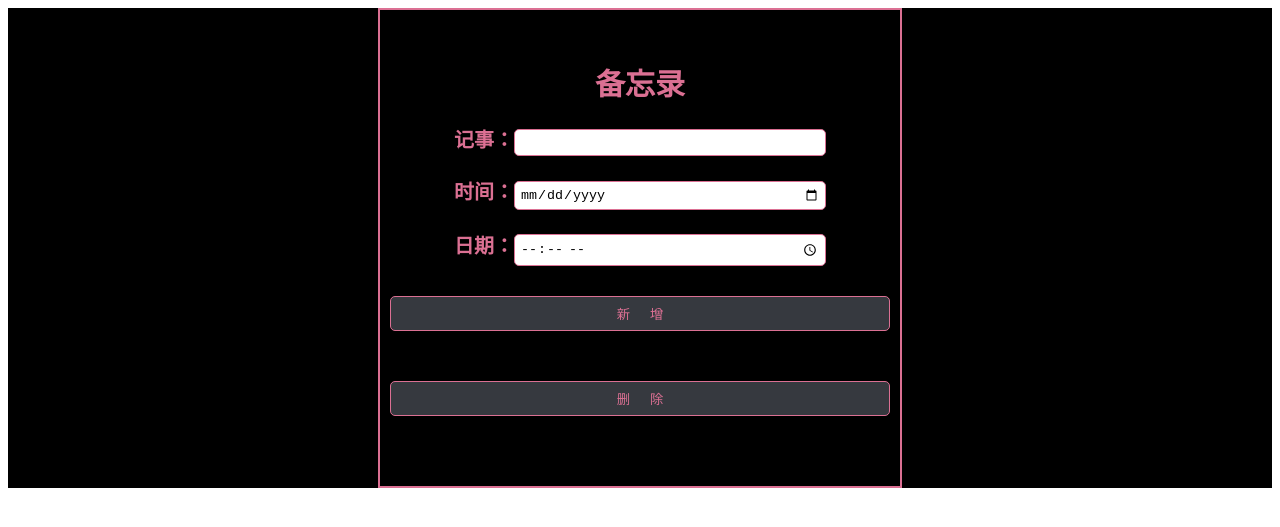
Repository: ErosHai/ReactDemo
Page: /
An editor plug-in stored every save of this project. The page is shown before and after the next save, followed by the edit.
The browser window is 1280 px wide. The pictures show the whole page.
The project was rebuilt for these pictures with package versions that can differ from the ones it lists, and the page was loaded fresh each time. Also part of the build but not shown: src/pages/Home/components/Item/index.js.

Above is the page before, as saved 2022-03-17 21:47:30.

### src/index.js
import React from 'react'
import ReactDOM from 'react-dom'
import Home from './pages/Home'

ReactDOM.render(
	<React.StrictMode>
		<Home />
	</React.StrictMode>,
	document.getElementById('root')
)

### src/pages/Home/index.js
import Edit from './components/Edit'
import List from './components/List'
import { useState } from 'react'
import styled from 'styled-components'

const Container = styled.h1`
	width: 500px;
	height: auto;
	padding: 50px 10px;
	margin: 0 auto;
	border: 2px solid palevioletred;
	font-size: 30px;
	text-align: center;
	color: palevioletred;
`
const Body = styled.body`
	background-color: black;
	margin: 0;
	padding: 0;
`
const Home = () => {
	const [data, setData] = useState([])

	return (
		<Body>
			<Container>
				<Edit addData={setData} />
				<List listData={data} />
			</Container>
		</Body>
	)
}

export default Home

### src/pages/Home/components/Edit/index.js
import styled from 'styled-components'

const LitleTitle = styled.div`
	margin-top: 20px;
	font-size: 20px;
`

const Input = styled.input`
	width: 300px;
	padding: 5px;
	margin: 0 auto;
	border-radius: 5px;
	border: 1px solid palevioletred;
	outline-color: palevioletred;
`
const Button = styled.button`
	width: 100%;
	height: 35px;
	padding: 0 10px;
	margin: 30px 0 20px 0;
	color: palevioletred;
	background-color: #36393f;
	border-radius: 5px;
	line-height: 35px;
	text-align: center;
	letter-spacing: 20px;
	text-indent: 20px;
	border: 0.5px solid palevioletred;
	&:hover {
		background-color: palevioletred;
		color: white;
		border: 0.5px solid palevioletred;
	}
`
//  新增记事
function Edit({ addData }) {
	console.log(this)
	const handleInput = event => {
		const someThings = event.target.value
		return someThings
	}

	function handleAdd() {
		addData([1, 2, 3])
	}

	return (
		<div>
			<div>备忘录</div>
			<LitleTitle>
				记事：
				<Input onChange={handleInput}></Input>
			</LitleTitle>
			<LitleTitle>
				时间：
				<Input onChange={handleInput} type="date"></Input>
			</LitleTitle>
			<LitleTitle>
				日期：
				<Input onChange={handleInput} type="time"></Input>
			</LitleTitle>
			<Button onClick={handleAdd}>新增</Button>
			<Button>删除</Button>
		</div>
	)
}

export default Edit

### src/pages/Home/components/List/index.js
import Item from '../Item'
import { v4 as uuidv4 } from 'uuid'

function List({ listData }) {
	console.log(listData)
	return (
		<div>
			{listData.map(item => (
				<Item key={uuidv4()} />
				// <div key={uuidv4()}>{item}</div>
			))}
		</div>
	)
}

export default List

Loaded but not shown: public/index.html (common file)

After the next save:
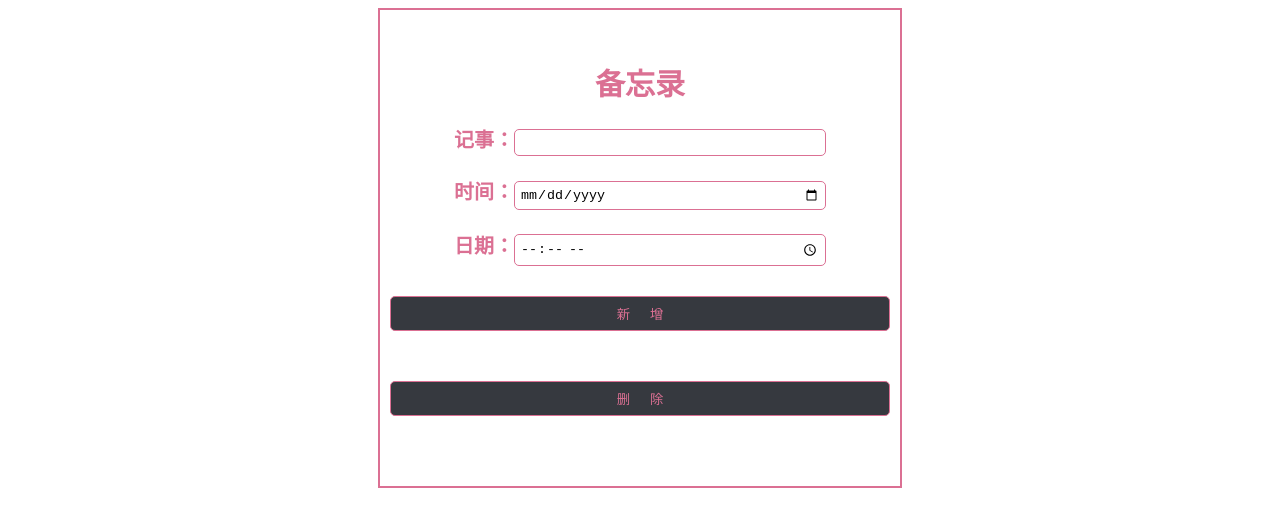
Saved 27 s later.
--- a/src/pages/Home/index.js
+++ b/src/pages/Home/index.js
@@ -13,21 +13,14 @@ const Container = styled.h1`
 	text-align: center;
 	color: palevioletred;
 `
-const Body = styled.body`
-	background-color: black;
-	margin: 0;
-	padding: 0;
-`
 const Home = () => {
 	const [data, setData] = useState([])
 
 	return (
-		<Body>
-			<Container>
-				<Edit addData={setData} />
-				<List listData={data} />
-			</Container>
-		</Body>
+		<Container>
+			<Edit addData={setData} />
+			<List listData={data} />
+		</Container>
 	)
 }
 
